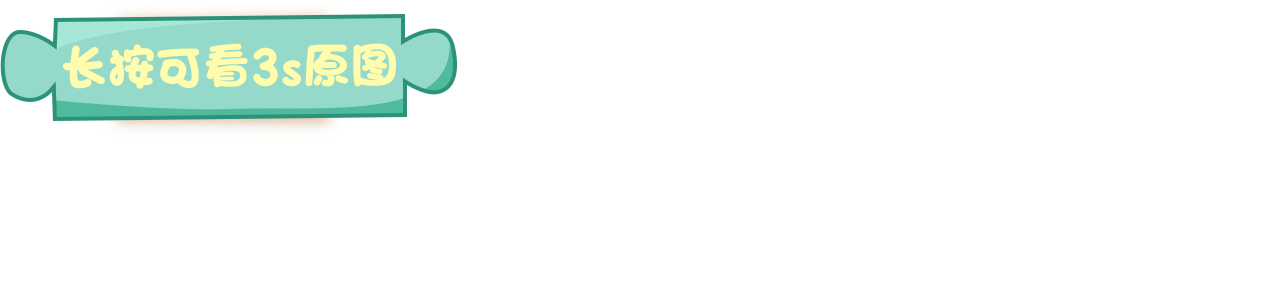
Repository: RedrockTeam/China-map-puzzle
Page: /#/button
The author's editor kept a copy of each file at every save. The page is drawn from the files as they stood at one save, then again after the next save.
The browser window is 1280 px wide. The pictures show the whole page.
The project was rebuilt for these pictures with package versions that can differ from the ones it lists, and the page was loaded fresh each time. Also part of the build but not shown: vue.config.js, src/network/request.js, src/views/home.vue, src/views/choose.vue, src/views/pass.vue. Imported but missing from the stored project, and not drawn on this page: src/views/rankList1, src/views/rankList2, src/views/rankList3, src/views/rankList4.

Above is the page before, as saved 2019-09-24 17:46:13.

After the next save:
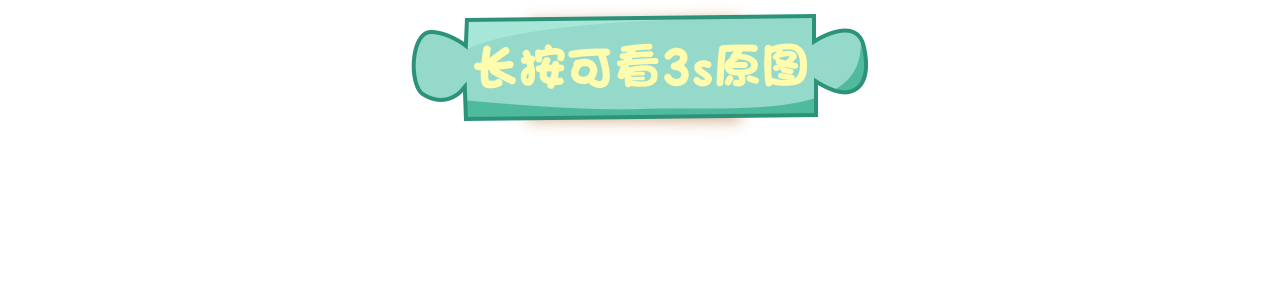
Saved 41 s later.
--- a/src/components/button.vue
+++ b/src/components/button.vue
@@ -10,6 +10,7 @@
   background-size: cover;
   width: 458px;
   height: 140px;
+  margin: auto auto 30px;
 }
 </style>
 
